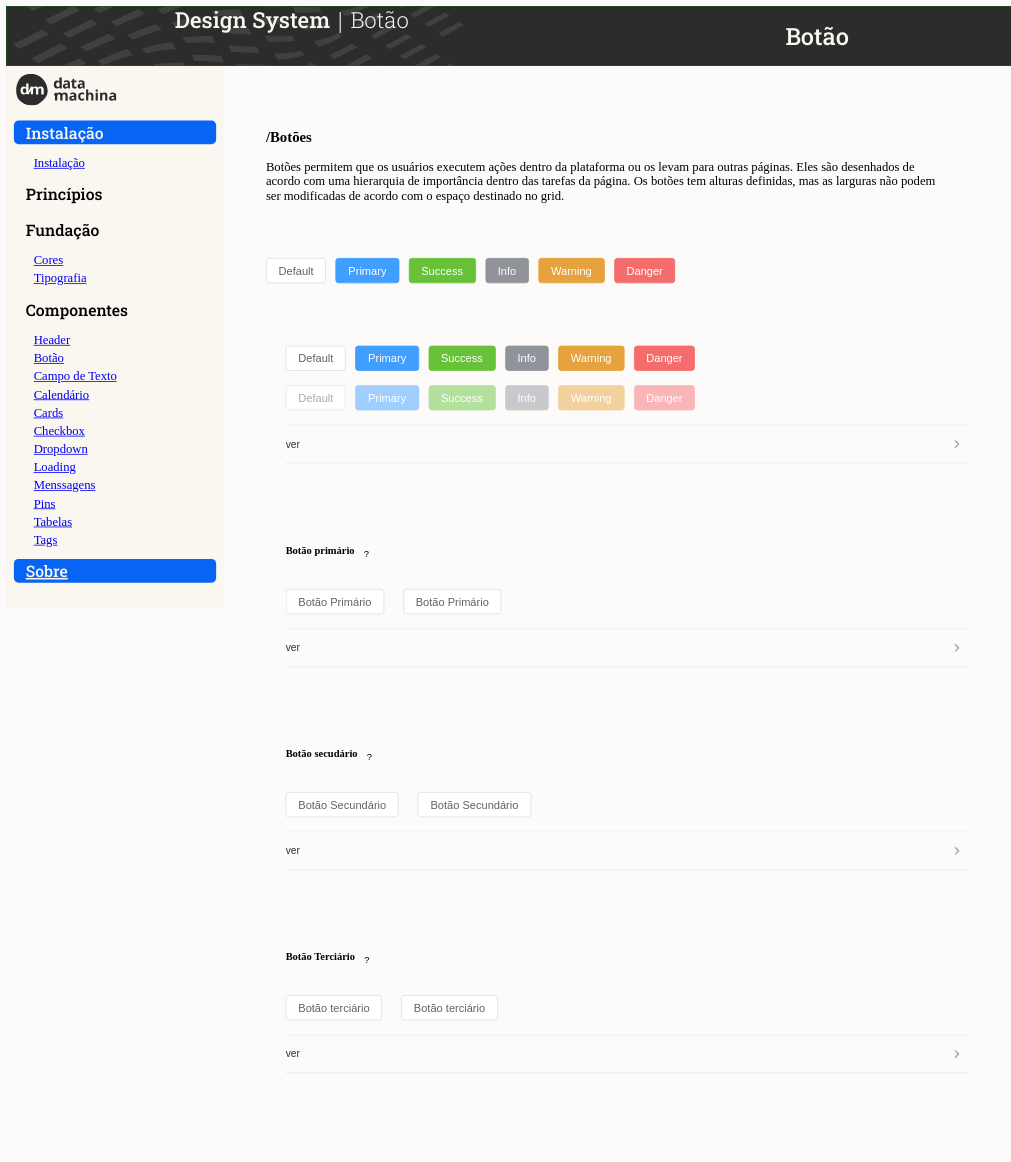
Repository: gustavoemmanoel/DM-Design-System
Page: /#/BotaoDs
These files come from the project's save history. The page is drawn as it stood at one moment and after a run of saves; the edit follows.
The browser window is 1280 px wide. The pictures show the whole page, at 79% of full size.
The project was rebuilt for these pictures with package versions that can differ from the ones it lists, and the page was loaded fresh each time. Also part of the build but not shown: vue.config.js, src/views/Installation/InstallationEl.vue, src/views/Fundacao/ColorsDs.vue, src/views/Fundacao/IconografiaDs.vue, src/views/Fundacao/TipografiaDs.vue, src/views/Componentes/HeaderPage.vue, src/views/Componentes/CalendarioDs.vue, src/views/Componentes/CampoTextoDs.vue and 9 more.

Above is the page before, as saved 2022-10-24 13:27:50.

After the next 2 saves:
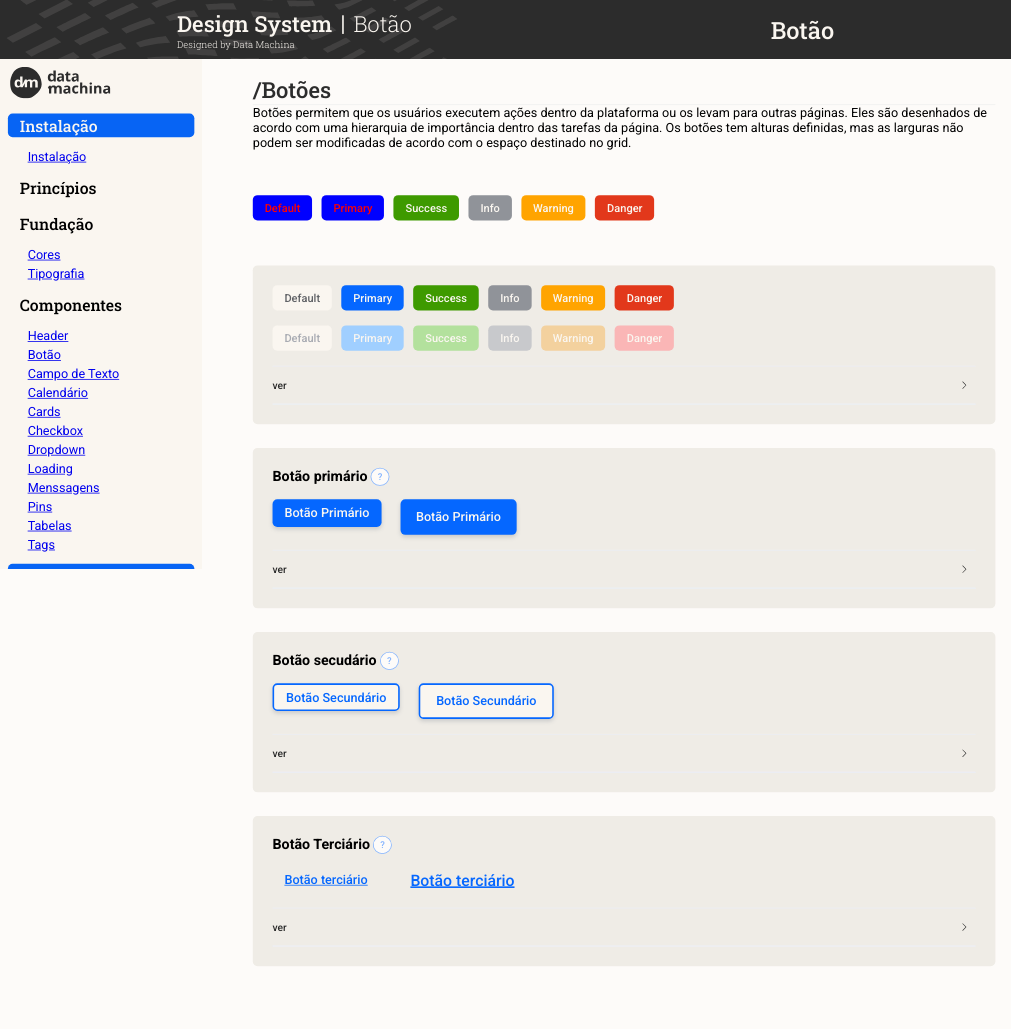
The 2 saves are shown as one change because they came seconds apart.
The last was saved 22 s later.
--- a/src/main.js
+++ b/src/main.js
@@ -4,7 +4,7 @@
 import 'element-plus/dist/index.css'
 import App from './App.vue'
 
-
+import 'index.css';
 
 createApp(App).use(ElementPlus).use(router).mount('#app')
 

After the save that followed:
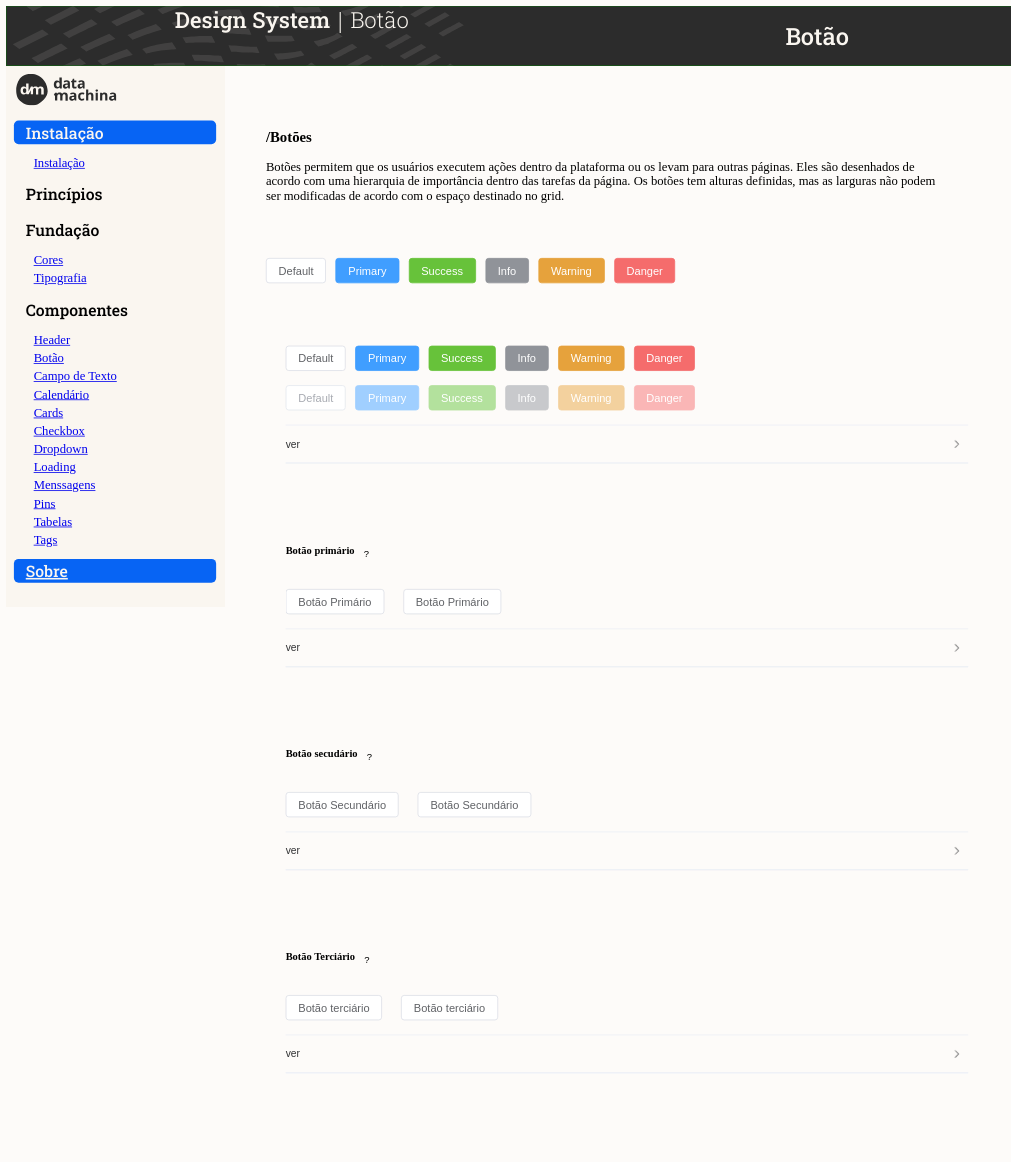
Saved 5 s later.
--- a/src/main.js
+++ b/src/main.js
@@ -4,7 +4,7 @@
 import 'element-plus/dist/index.css'
 import App from './App.vue'
 
-import 'index.css';
+
 
 createApp(App).use(ElementPlus).use(router).mount('#app')
 
